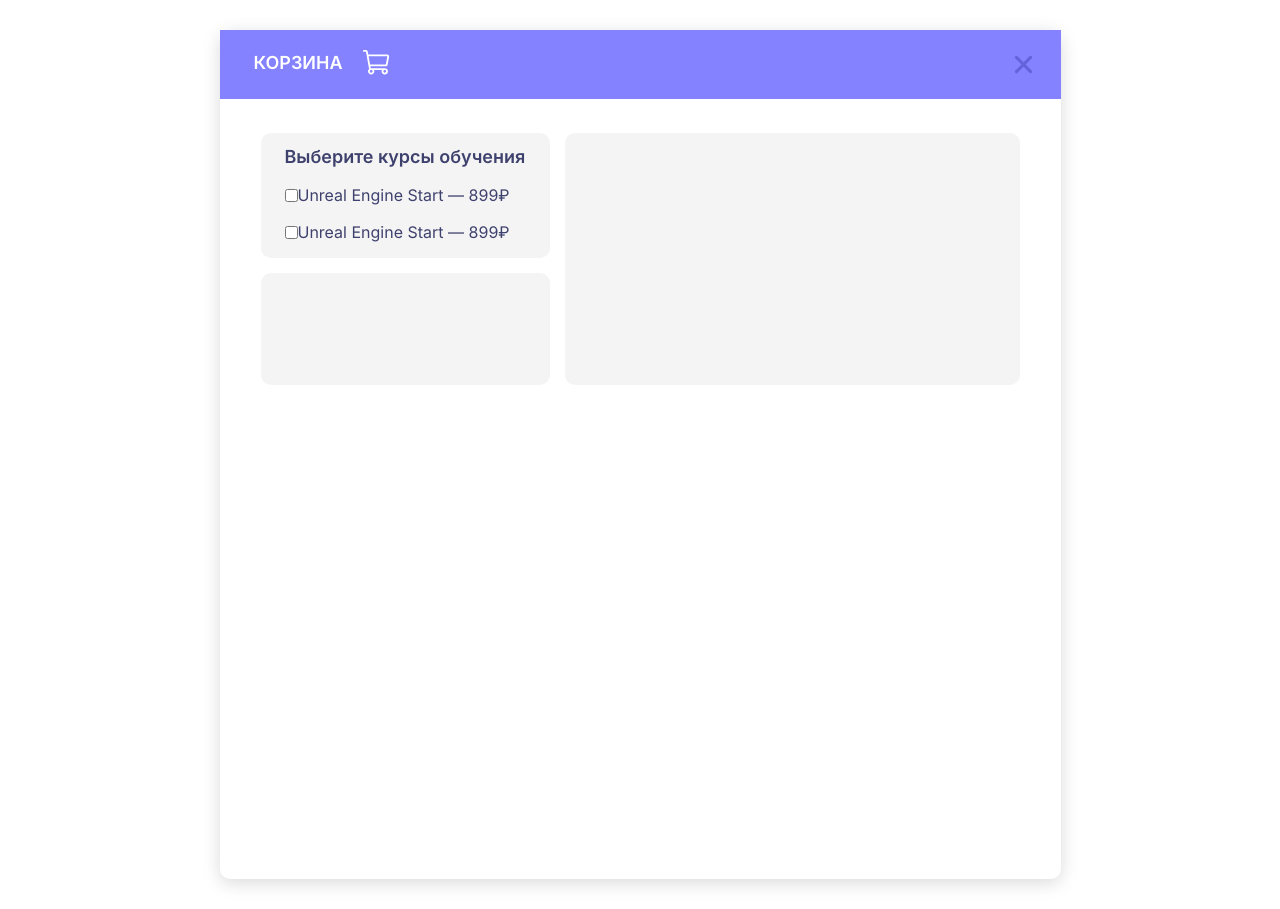
Repository: bek77g/unreal.academy
Page: basket.html
These files come from the project's save history. The page is drawn as it stood at one moment and after the next save; the edit follows.
The browser window is 1280 px wide. The pictures show the whole page.
The style sheet was rebuilt from its Sass, Less or Tailwind sources for each picture, by a compiler version that may differ from the author's.

Above is the page before, as saved 2021-05-05 17:50:46.

### basket.html
<!DOCTYPE html>
<html lang="en">
<head>
  <meta charset="UTF-8">
  <meta http-equiv="X-UA-Compatible" content="IE=edge">
  <meta name="viewport" content="width=device-width, initial-scale=1.0">
  <link rel="stylesheet" href="./src/css/style.css">
  <title></title>
</head>
<body>
    <main>
        <section class="basket">
            <div class="container">
                <div class="basket__card">
                    <div class="basket__header">
                        <div class="basket__logo">
                            <h3 class="basket__logo-title">КОРЗИНА</h3>
                            <div class="basket__logo-img">
                                <svg width="27" height="25" viewBox="0 0 27 25" fill="none" xmlns="http://www.w3.org/2000/svg">
                                    <path d="M24.6193 14.843L26.1041 6.67641C26.1516 6.41488 26.1411 6.1461 26.0734 5.88907C26.0056 5.63204 25.8822 5.39303 25.7119 5.18895C25.5415 4.98487 25.3285 4.8207 25.0877 4.70804C24.847 4.59538 24.5844 4.53699 24.3186 4.53699H5.29406L4.74012 1.49018C4.66427 1.07194 4.44395 0.693632 4.11763 0.421277C3.79131 0.148922 3.37971 -0.000178689 2.95468 1.60714e-07H0.907352C0.666707 1.60714e-07 0.435919 0.0956007 0.265757 0.265771C0.0955957 0.435941 0 0.666741 0 0.907398C0 1.14806 0.0955957 1.37886 0.265757 1.54903C0.435919 1.7192 0.666707 1.8148 0.907352 1.8148H2.95457L5.98319 18.4726C6.01027 18.6199 6.05549 18.7634 6.11782 18.8996C5.6648 19.2824 5.32806 19.7845 5.14574 20.3489C4.96343 20.9133 4.94283 21.5174 5.0863 22.0929C5.22976 22.6684 5.53154 23.1922 5.95744 23.605C6.38334 24.0178 6.91634 24.303 7.49602 24.4283C8.07571 24.5536 8.67891 24.5141 9.23728 24.3141C9.79564 24.1142 10.2868 23.7618 10.6552 23.297C11.0236 22.8322 11.2544 22.2734 11.3215 21.6841C11.3886 21.0948 11.2893 20.4985 11.0349 19.9628H18.9077C18.6129 20.5845 18.528 21.2851 18.6657 21.9593C18.8035 22.6335 19.1565 23.2446 19.6716 23.7008C20.1867 24.157 20.836 24.4336 21.5219 24.4888C22.2077 24.5441 22.8929 24.3751 23.4744 24.0072C24.0559 23.6393 24.5021 23.0926 24.746 22.4491C24.9899 21.8057 25.0182 21.1005 24.8267 20.4396C24.6352 19.7787 24.2342 19.1979 23.6841 18.7846C23.134 18.3713 22.4645 18.1479 21.7764 18.148H7.76863L7.43859 16.3332H22.8339C23.2589 16.3334 23.6705 16.1842 23.9968 15.9119C24.3231 15.6395 24.5434 15.2612 24.6193 14.843ZM9.5272 21.3239C9.5272 21.5931 9.44737 21.8562 9.29782 22.08C9.14827 22.3039 8.93571 22.4783 8.68701 22.5814C8.43832 22.6844 8.16466 22.7113 7.90064 22.6588C7.63663 22.6063 7.39412 22.4767 7.20378 22.2863C7.01343 22.0959 6.88381 21.8534 6.83129 21.5894C6.77878 21.3254 6.80573 21.0517 6.90874 20.803C7.01176 20.5543 7.1862 20.3417 7.41002 20.1922C7.63384 20.0426 7.89698 19.9628 8.16617 19.9628C8.52702 19.9632 8.87297 20.1067 9.12813 20.3619C9.38329 20.617 9.52681 20.963 9.5272 21.3239ZM23.1375 21.3239C23.1375 21.5931 23.0577 21.8562 22.9081 22.08C22.7586 22.3039 22.546 22.4783 22.2973 22.5814C22.0486 22.6844 21.7749 22.7113 21.5109 22.6588C21.2469 22.6063 21.0044 22.4767 20.8141 22.2863C20.6237 22.0959 20.4941 21.8534 20.4416 21.5894C20.3891 21.3254 20.416 21.0517 20.519 20.803C20.622 20.5543 20.7965 20.3417 21.0203 20.1922C21.2441 20.0426 21.5073 19.9628 21.7764 19.9628C22.1373 19.9632 22.4833 20.1067 22.7384 20.3619C22.9936 20.617 23.1371 20.963 23.1375 21.3239ZM5.62399 6.35179H24.3186L22.834 14.5184H7.10865L5.62399 6.35179Z" fill="white"/>
                                    </svg>
                            </div>
                        </div>
                        <div class="close-btn"></div>
                    </div>
                    <div class="basket__content">
                        <div class="basket__content-mcol">
                            <div class="basket__content-col">
                                <h4 class="basket__content-title">Выберите курсы обучения</h4>
                                <div class="checkbox basket__content-checkbox">
                                    <input type="checkbox" class="basket__checkbox">
                                    <label for=""><span class="basket__content-txt">Unreal Engine Start — 899₽</span></label>
                                </div>
                                <div class="checkbox basket__content-checkbox">
                                    <input type="checkbox" class="basket__checkbox">
                                    <label for=""><span class="basket__content-txt">Unreal Engine Start — 899₽</span></label>
                                </div>
                            </div>
                            <div class="basket__content-col"></div>
                        </div>
                        <div class="basket__content-mcol">
                            <div class="basket__content-col basket__content-col-second"></div>
                        </div>
                    </div>
                </div>
            </div>
        </section>
    </main>
</body>

### src/scss/style.scss
@import url(../fonts/inter/stylesheet.css);
@import "../libs/bs/bootstrap-grid.min.css";

* {
  margin: 0;
  padding: 0;
  box-sizing: border-box;
  scroll-behavior: smooth;
}

.container {
  max-width: 1240px;
}

$inter: "Inter", sans-serif;

@mixin text($ff, $ft, $fw, $fs, $lh, $cr) {
  font-family: $ff;
  font-style: $ft;
  font-weight: $fw;
  font-size: $fs;
  line-height: $lh;
  color: $cr;
}

a {
  text-decoration: none;
  outline: none;
}
ul {
  list-style: none;
}

.close-btn {
  width: 23px;
  position: relative;
  background: transparent;
  height: 3px;
  cursor: pointer;
  &::before {
    content: "";
    position: absolute;
    border-radius: 100px;
    width: 100%;
    height: 100%;
    background: #6562db;
    transform: rotate(45deg);
  }
  &::after {
    content: "";
    position: absolute;
    border-radius: 100px;
    width: 100%;
    height: 100%;
    background: #6562db;
    transform: rotate(-45deg);
  }
}
.checkbox {
  display: flex;
  align-items: center;
}

@import "header";
@import "home";
@import "video";
@import "courses";
@import "features";
@import "devstart";
@import "exs";
@import "lector";
@import "certificate";
@import "challange";
@import "slider";
@import "basket";

### src/scss/header.scss
.header {
  position: absolute;
  background-color: #fff;
  width: 100%;
  height: 140px;
  &__nav {
    display: flex;
    margin-top: 48px;
    justify-content: space-between;
    align-items: center;
  }
  &__logo {
    @include text($inter, normal, normal, 13px, 25px, #8482ff);
    &-part {
      color: #3e416d;
    }
  }
  &__mnu {
    display: flex;
    margin-top: 3px;
    column-gap: 57px;
    &-item a {
      @include text($inter, normal, normal, 16px, 19px, #3e416d);
      &:nth-child(2) {
        color: #8482ff;
      }
    }
  }
  &__dropper {
    position: relative;
  }
  &__dropdown {
    position: absolute;
    background: #fff;
    border: 1px solid #8482ff;
    width: 150px;
    top: 20px;
    display: none;
  }
  &__dropdown li a {
    width: 100%;
  }
  &__dropdown li:first-child a {
    @include text($inter, normal, normal, 16px, 17px, #8482ff);
  }
  &__dropdown li:last-child a {
    @include text($inter, normal, normal, 16px, 17px, #ff9882);
  }
  &__dropper:active > ul {
    display: block;
  }
}

### src/scss/home.scss
.home {
  background: url(../images/home/homeBG.png) top center/100% 100% no-repeat;
  background-size: cover;
  max-width: 100%;
  height: 870px;
  display: flex;
  justify-content: center;
  align-items: center;
  &__title {
    @include text($inter, normal, bold, 60px, 73px, #fff);
    width: 70%;
    margin: 100px auto 0;
    text-align: center;
  }
  &__btns {
    text-align: center;
    margin-top: 65px;
    display: flex;
    justify-content: center;
    &-style {
      @include text($inter, normal, 600, 16px, none, #fff);
      width: 164px;
      height: 49px;
      border: none;
      outline: none;
      border-radius: 4px;
    }
    &-start {
      background-color: #8482ff;
      margin-right: 30px;
      cursor: pointer;
      transition: 0.3s;
      &:hover {
        background-color: #55539e;
      }
    }
    &-more {
      background-color: transparent;
      border: 2px solid #ffffff;
      cursor: pointer;
      transition: 0.3s;
      &:hover {
        background-color: #ffffff;
        border: none;
        color: #555555;
      }
    }
  }
}

### src/scss/video.scss
.video {
  &__block {
    height: 439px;
    width: 776px;
    position: relative;
    background: url(../images/home/videoBOX.png) no-repeat;
    filter: drop-shadow(0px 4px 120px rgba(0, 0, 0, 9)),
      drop-shadow(0px 15px 29px rgba(0, 0, 0, 9));
    border-radius: 10px;
    margin: -104px auto 70px;
  }
  &__playbtn {
    display: inline-block;
    position: absolute;
    filter: drop-shadow(0px 4px 120px rgba(0, 0, 0, 0.1)),
      drop-shadow(0px 15px 29px rgba(0, 0, 0, 0.15));
    width: 114.1px;
    height: 114.1px;
    border-radius: 50%;
    font-size: 0;
    background-color: #fff;
    color: transparent;
    bottom: 105px;
    left: 50%;
    transform: translate(-50%, -50%);
    transition: 0.2s;
    cursor: pointer;
    img {
      width: 33px;
      height: 33px;
      margin: 40px 42px;
    }
  }
  &__arrow {
    width: 71px;
    height: 71px;
    margin: 0 auto;
    border-radius: 5px;
    display: block;
    padding-top: 11px;
    padding-left: 19px;
    background-color: #ff9882;
    filter: drop-shadow(0px 15px 30px rgba(255, 152, 130, 0.48));
  }
}

### src/scss/courses.scss
.courses {
  padding: 47px 0 109px;
  &__title {
    @include text($inter, normal, bold, 40px, 48px, #3e416d);
    text-align: center;
    margin-bottom: 23px;
  }
  &__col {
    margin: 40px 6.2px 0;
    height: 85%;
    padding: 17px 60px 17px 25px;
    background-color: #e7e7ff;
    border-radius: 10px;
    &-number {
      width: 82px;
      height: 60px;
      background-color: #8482ff;
      border-radius: 10px;
      margin-bottom: 25px;
    }
    &-title {
      @include text($inter, normal, bold, 40px, 63px, #fff);
      text-align: center;
    }
    &-subtitle {
      @include text($inter, normal, normal, 16px, 19px, #3e416d);
      opacity: 0.8;
    }
  }
}

### src/scss/features.scss
.features {
  padding-bottom: 74px;
  position: relative;
  overflow: hidden;
  &::before {
    content: "";
    background: url(../images/features/bfF.svg) top center/100% 100% no-repeat;
    width: 100%;
    height: 100%;
    position: absolute;
    top: 25%;
    right: 0;
    z-index: -1;
    bottom: -70px;
  }
  &__title {
    @include text($inter, normal, bold, 40px, 48px, #3e416d);
    width: 50%;
    margin: 0 auto;
    text-align: center;
    margin-bottom: 33px;
  }
  &__row {
    text-align: center;
    width: 93%;
    margin: 0 auto;
  }
  &__hr {
    width: 13%;
    height: 4px;
    margin: 0 auto;
    background: #8482ff;
  }
  &__mcol {
    margin-top: 47px;
    display: flex;
    justify-content: space-around;
  }
  &__col {
    padding: 38px 25px 35px;
    margin-right: 10px;
    border: 1px solid rgb(0, 0, 0);
    border-radius: 10px;
    text-align: center;
    background: #ffffff;
    &:nth-child(2) {
      padding: 37.5px 25px 35px;
    }
    &:nth-child(3) {
      padding: 37.5px 25px 35px;
    }
    &:nth-child(4) {
      padding: 37.4px 25px 35px;
    }
  }
  &__mcol &__col &__card-title {
    @include text($inter, normal, 600, 18px, 22px, #3e416d);
    margin: 18px 0 15px;
    color: #3e416d;
    &:nth-child(2) {
      margin: 17.5px 0 15px;
    }
    &:nth-child(3) {
      margin: 17.4px 0 15px;
    }
    &:nth-child(4),
    &:nth-child(5) {
      margin: 16px 0 15px;
    }
  }
  &__card-subtitle {
    @include text($inter, normal, normal, 16px, 19px, #3e416d);
    margin-top: 10px;
    opacity: 0.8;
  }
}

### src/scss/exs.scss
.exs {
  padding-top: 110px;
  height: 740px;
  background: #3e416d;
  &__title {
    @include text($inter, normal, bold, 40px, 48px, #fff);
    text-align: center;
    margin-bottom: 113.9px;
  }
  &__row {
    display: flex;
    justify-content: space-between;
  }
  &__mcol {
    position: relative;
  }
  &__mcol:first-child &__col img {
    top: 5.5px;
  }
  &__mcol:nth-child(2) &__col img {
    top: 10px;
  }
  &__mcol:nth-child(3) &__col img {
    top: 1px;
  }
  &__mcol:nth-child(4) &__col img {
    top: 15px;
  }
  &__mcol:nth-child(5) &__col img {
    top: 1px;
  }
  &__col img {
    z-index: 3;
    transition: 0.3s;
    position: absolute;
  }
  &__col {
    background: rgba(132, 130, 255, 0.23);
    border: 4px solid #8482ff;
    width: 100%;
    height: 197px;
    display: inline-flex;
    align-items: center;
    justify-content: center;
    border-radius: 46px;
    position: relative;
    padding-top: 50%;
    transition: 0.5s;
    z-index: 1;
    &:hover {
      transform: scale(1.2);
      padding: 50% 15px 0;
      width: 104%;
      background: #8482ff;
      border-radius: 46px;
      height: 110%;
      transition: 0.3s;
      img {
        transform: scale(0.9);
        transition: 0.5s;
      }
      .exs__hidtext {
        margin-top: 105px;
        color: #fff;
      }
      .exs__hidsub {
        color: #fff;
      }
      .exs__descrs {
        color: #8482ff;
      }
    }
  }
  &__hidtext {
    @include text($inter, normal, 600, 16px, 22px, transparent);
    transition: 0.3s;
    text-align: center;
  }
  &__hidsub {
    @include text($inter, normal, normal, 12px, 17px, transparent);
    transition: 0.3s;
    text-align: center;
    margin: 10px 0 10px;
    opacity: 0.8;
  }
  &__descrs {
    @include text($inter, normal, 600, 18px, 22px, #fff);
    text-align: center;
    top: 200px;
    width: 100%;
    position: absolute;
    left: 50%;
    transform: translateX(-50%);
    margin-top: 40px;
    color: #ffffff;
  }
}

### src/scss/lector.scss
.lector {
  padding: 80px 0 60px;
  background: #3e416d;
  text-align: center;
  &__title {
    @include text($inter, normal, bold, 40px, 48px, #fff);
    text-align: center;
    margin-bottom: 179px;
    &-part {
      color: #8482ff;
    }
  }
  &__face {
    position: relative;
    z-index: 1;
  }
  &__content {
    width: 90%;
    margin: 0 auto;
    display: flex;
    justify-content: center;
    align-items: center;
  }
  &__first {
    width: 33%;
    text-align: end;
    margin-top: -60px;
    margin-right: 30px;
    .lector__descrs:first-child {
      width: 174px;
    }
    .lector__descrs:nth-child(2) {
      margin-right: 48px;
      width: 280px;
    }
    .lector__descrs:nth-child(3) {
      width: 250px;
    }
  }
  &__second {
    width: 33%;
    text-align: center;
    margin-top: -60px;
    margin-left: 30px;
    .lector__descrs:first-child {
      margin-right: 110px;
      width: 214px;
    }
    .lector__descrs:nth-child(2) {
      margin-left: 52px;
      width: 272px;
    }
    .lector__descrs:nth-child(3) {
      width: 252px;
    }
  }
  &__eclipse {
    position: absolute;
    bottom: 64%;
    left: 50%;
    z-index: -1;
    transform: translateX(-50%);
    width: 452.95px;
    height: 208.23px;
    &::before {
      position: absolute;
      content: url(../images/lector/Ellipse31.svg);
      left: -23px;
      top: 25px;
    }
    &::after {
      position: absolute;
      content: url(../images/lector/Ellipse32.svg);
      top: 25px;
      left: -20px;
    }
    &-part {
      position: absolute;
      width: 452.95px;
      height: 208.23px;
      top: 60%;
      border-radius: 50%;
      border: 4.44944px solid #8482ff;
    }
    &-partcircle {
      position: absolute;
      width: 27.59px;
      height: 27.59px;
      right: 0;
      top: 50px;
      border-radius: 50%;
      background: #8482ff;
      &::before {
        content: "";
        position: absolute;
        width: 18.69px;
        height: 18.69px;
        top: 180px;
        border-radius: 50%;
        border: 0.889888px solid #8482ff;
      }
    }
    &-partcircle2 {
      position: absolute;
      width: 27.59px;
      height: 27.59px;
      border-radius: 50%;
      left: 40px;
      top: -12px;
      border: 4.44944px solid #8482ff;
      &::before {
        content: "";
        position: absolute;
        width: 19.69px;
        height: 19.69px;
        top: 284px;
        left: 47.6px;
        border-radius: 50%;
        background: #8482ff;
      }
    }
  }
  &__descrs {
    @include text($inter, normal, 600, 16px, 19px, #3e416d);
    display: inline-block;
    text-align: center;
    padding: 10px 14px;
    background: #ff9882;
    border-radius: 42px;
    width: 100%;
    height: 100%;
    margin-bottom: 25px;
  }
  &__socs {
    margin: 65.7px auto 0;
    width: 76px;
  }
  &__socs a {
    cursor: pointer;
  }
  &__name {
    @include text($inter, normal, 600, 30px, 36px, #ffffff);
    margin-top: 13.4px;
  }
  &__review {
    @include text($inter, normal, normal, 16px, 19px, #ffffff);
    margin-top: 13px;
    opacity: 0.8;
  }
}

### src/scss/certificate.scss
.certificate {
  padding: 60px 0 57px;
  background: #3e416d;
  &__row {
    display: flex;
    align-items: center;
    justify-content: center;
  }
  &__col {
    text-align: center;
    &:last-child {
      margin-bottom: 60px;
    }
  }
  &__cert {
    width: 416px;
    height: 555px;
  }
  &__title {
    @include text($inter, normal, bold, 40px, 48px, #fff);
    text-align: start;
  }
  &__des {
    @include text($inter, normal, normal, 18px, 22px, #fff);
    margin: 30px 0 36px;
    text-align: start;
  }
  &__get {
    margin-right: 56px;
  }
  &__sub {
    display: flex;
    &-title {
      @include text($inter, normal, 600, 18px, 22px, #fff);
      margin-bottom: 19px;
    }
    &-cov {
      @include text($inter, normal, normal, 16px, 19px, #fff);
    }
  }
  &__courses {
    margin-top: 10px;
    margin-left: 19px;
  }
  &__course {
    text-align: start;
    text-decoration-line: underline;
    position: relative;
    cursor: pointer;
    &:before {
      content: "·";
      position: absolute;
      font-size: 96px;
      bottom: 3px;
      left: -25px;
    }
  }
  &__courses a:first-child &__course {
    @include text($inter, normal, normal, 14px, 17px, #8482ff);
  }
  &__course:last-child {
    @include text($inter, normal, normal, 14px, 17px, #ff9882);
  }
}

### src/scss/challange.scss
.challange {
  padding: 57px 0 60px;
  background: #3e416d;
  &__box {
    padding: 60px 130px;
    background: #525794;
    border: 2px solid #8482ff;
    box-sizing: border-box;
    border-radius: 20px;
  }
  &__col {
    display: flex;
    align-items: center;
    justify-content: center;
    padding-right: 70px;
  }
  &__title {
    @include text($inter, normal, bold, 40px, 48px, #fff);
    margin-bottom: 40px;
    text-align: stert;
  }
  &__sub {
    display: flex;
  }
  &__fond {
    margin-right: 66px;
  }
  &__optxt {
    @include text($inter, normal, normal, 18px, 22px, #fff);
    opacity: 0.5;
    margin-bottom: 11px;
  }
  &__txt {
    @include text($inter, normal, bold, 30px, 36px, #fff);
    margin-bottom: 38px;
  }
  &__prises {
    display: flex;
    justify-content: space-between;
    margin-bottom: 43px;
    &-boxes {
      @include text($inter, normal, bold, 21.5548px, 26px, #fff);
      padding: 10.8px 16px;
      border-radius: 14.3698px;
      width: 190.4px;
      height: 100%;
      &:first-child {
        background: #ff9882;
        box-shadow: 0px 10.0589px 22.9918px -7.18492px rgba(255, 152, 130, 0.5);
      }
      &:nth-child(2) {
        background: #a5a5b5;
        box-shadow: 0px 10.0589px 22.9918px -7.18492px rgba(165, 165, 181, 0.5);
      }
      &:last-child {
        background: #ac8f73;
        box-shadow: 0px 10.0589px 22.9918px -7.18492px rgba(172, 143, 115, 0.5);
      }
    }
    &-txt {
      @include text($inter, normal, normal, 12.9329px, 16px, #fff);
      opacity: 0.5;
    }
  }
  &__btn {
    @include text($inter, normal, 600, 16px, 19px, #fff);
    width: 182px;
    height: 49px;
    border: none;
    outline: none;
    background: #8482ff;
    border-radius: 4px;
    cursor: pointer;
    &:hover {
      background: #4d4c92;
    }
  }
}

### src/scss/slider.scss
.slider {
  padding: 60px;
  background: #3e416d;
  &__title {
    @include text($inter, normal, bold, 40px, 48px, #fff);
    text-align: center;
  }
}

### src/scss/basket.scss
.basket {
  display: flex;
  align-items: center;
  justify-content: center;
  padding: 30px;
  &__card {
    width: 841px;
    height: 849px;
    margin: 0 auto;
    background: #ffffff;
    box-shadow: 0px 4px 18px rgba(0, 0, 0, 0.15);
    border-radius: 10px;
  }
  &__header {
    padding: 0 25.5px 0 34px;
    width: 100%;
    height: 69px;
    display: flex;
    justify-content: space-between;
    align-items: center;
    background: #8482ff;
  }
  &__logo {
    display: flex;
    &-title {
      @include text($inter, normal, 600, 18px, 26px, #fff);
      text-align: center;
      text-transform: uppercase;
      margin-right: 20px;
    }
  }
  &__content {
    height: 780px;
    width: 100%;
    padding: 34px 41px;
    display: flex;
    &-mcol:first-child {
      width: 289px;
      margin-right: 15px;
    }
    &-mcol:last-child {
      width: 455px;
    }
    &-title {
      @include text($inter, normal, 600, 18px, 22px, #3e416d);
    }
    &-txt {
      @include text($inter, normal, normal, 16px, 19px, #3e416d);
      &::before {
        content: "";
        flex: 0 0 20px;
        height: 24px;
        background: #8482ff;
        border-radius: 5px;
      }
    }
    &-checkbox {
      margin-top: 18px;
      &:last-child {
        margin-top: 18px;
      }
    }
    &-col {
      background: #f4f4f4;
      padding: 13px 24px;
      border-radius: 10px;
      width: 100%;
      height: 125px;
      margin-bottom: 15px;
      &:nth-child(2) {
        height: 112px;
        padding: 15px 102px 15px 20px;
      }
      &-second {
        margin: 0;
        padding: 13px 15px 22px 20px;
        height: 252px;
      }
    }
  }
}

Loaded but not shown: src/fonts/inter/stylesheet.css (common file); src/libs/bs/bootstrap-grid.min.css (library); src/scss/devstart.scss (164 lines, source omitted)

After the next save:
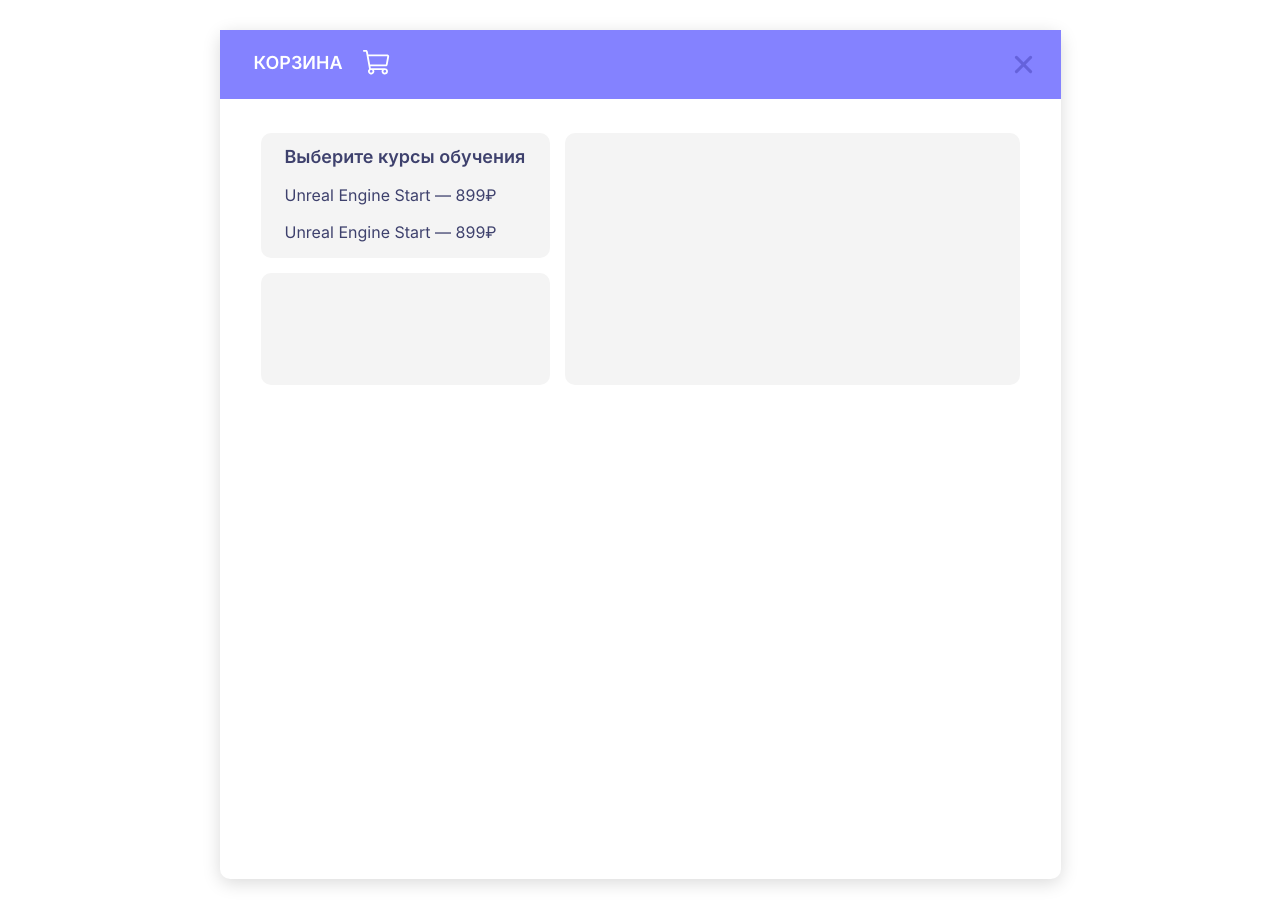
Saved 2 min 36 s later.
--- a/src/scss/basket.scss
+++ b/src/scss/basket.scss
@@ -78,4 +78,9 @@
       }
     }
   }
+  &__checkbox {
+    position: absolute;
+    z-index: -1;
+    opacity: 0;
+  }
 }
